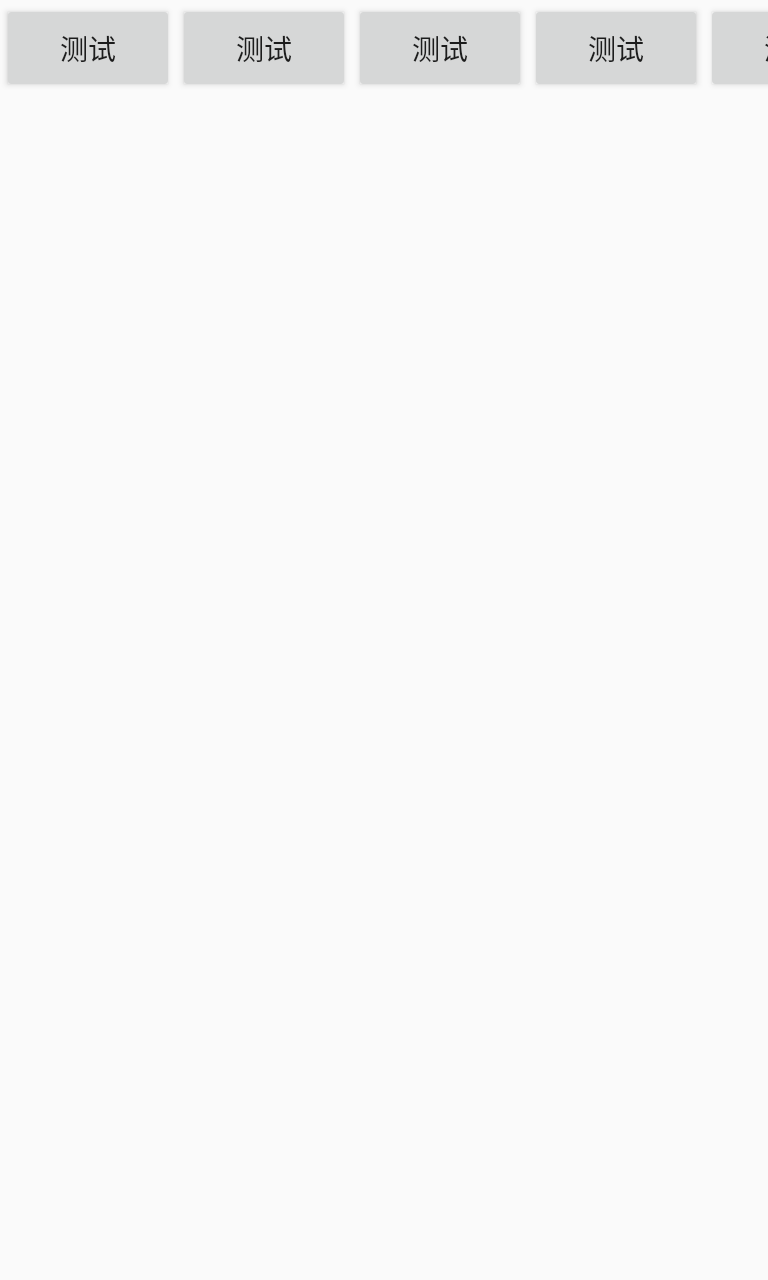
Repository: A207/guanjingjing
Layout: day4/LayoutApp/res/layout/ActivityGridLayout.xml
The author's editor kept a copy of each file at every save. The layout is drawn from the files as they stood at one save, then again after the next save.
It is drawn on a 768 x 1280 px phone screen (xhdpi) without system bars, with theme AppTheme; the app's code is not run.

Above is the layout before, as saved 2015-07-09 11:02:21.

After the next save:
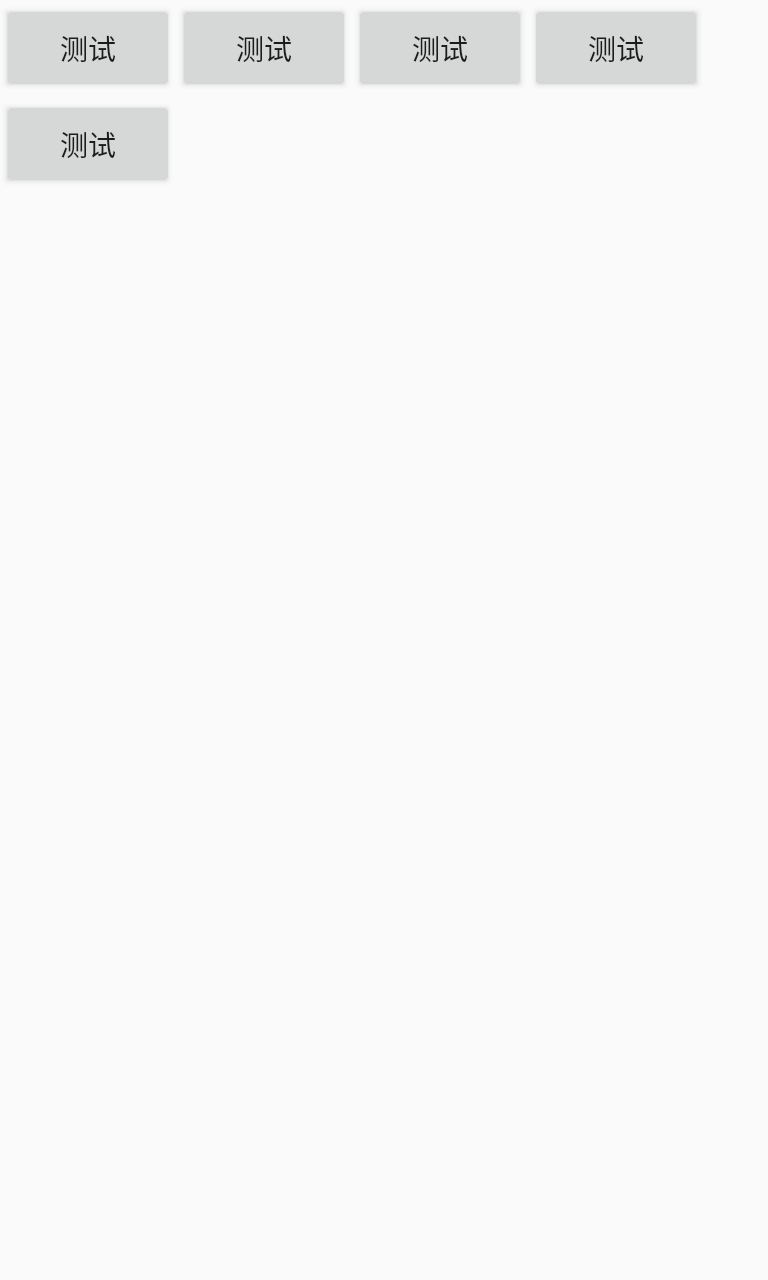
Saved 2 min 30 s later.
--- a/day4/LayoutApp/res/layout/ActivityGridLayout.xml
+++ b/day4/LayoutApp/res/layout/ActivityGridLayout.xml
@@ -1,7 +1,8 @@
 <?xml version="1.0" encoding="UTF-8"?>
 <GridLayout xmlns:android="http://schemas.android.com/apk/res/android"
     		android:layout_width="match_parent"
-    		android:layout_height="match_parent" >
+    		android:layout_height="match_parent"
+    		android:columnCount="4" >
     <Button
         android:layout_width="wrap_content"
         android:layout_height="wrap_content"
